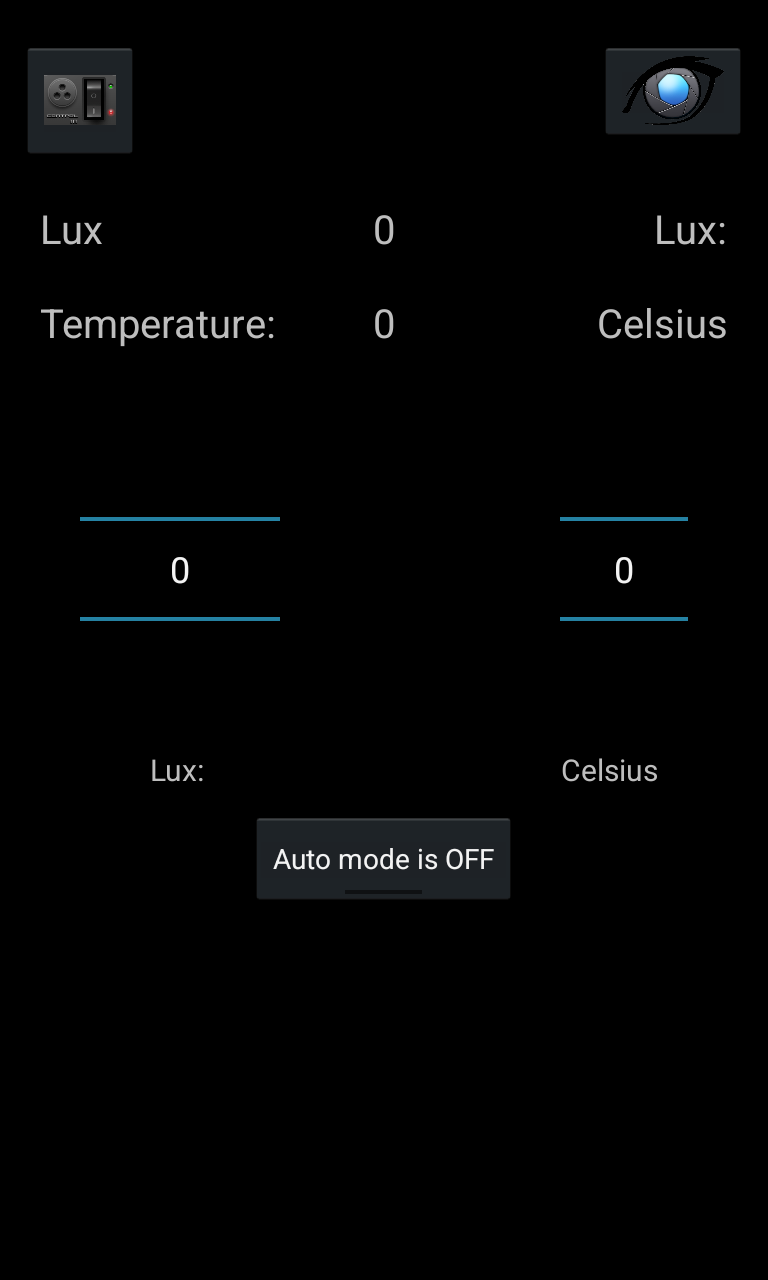
Repository: deanzaka/Shroom_IOIO_OpenCV
Layout: samples/IOIOSimpleApp/res/layout/main.xml
These files come from the project's save history. The layout is drawn as it stood at one moment and after the next save; the edit follows.
It is drawn on a 768 x 1280 px phone screen (xhdpi) without system bars, with theme android:Theme.Holo; the app's code is not run.

Above is the layout before, as saved 2014-06-04 09:53:45.

After the next save:
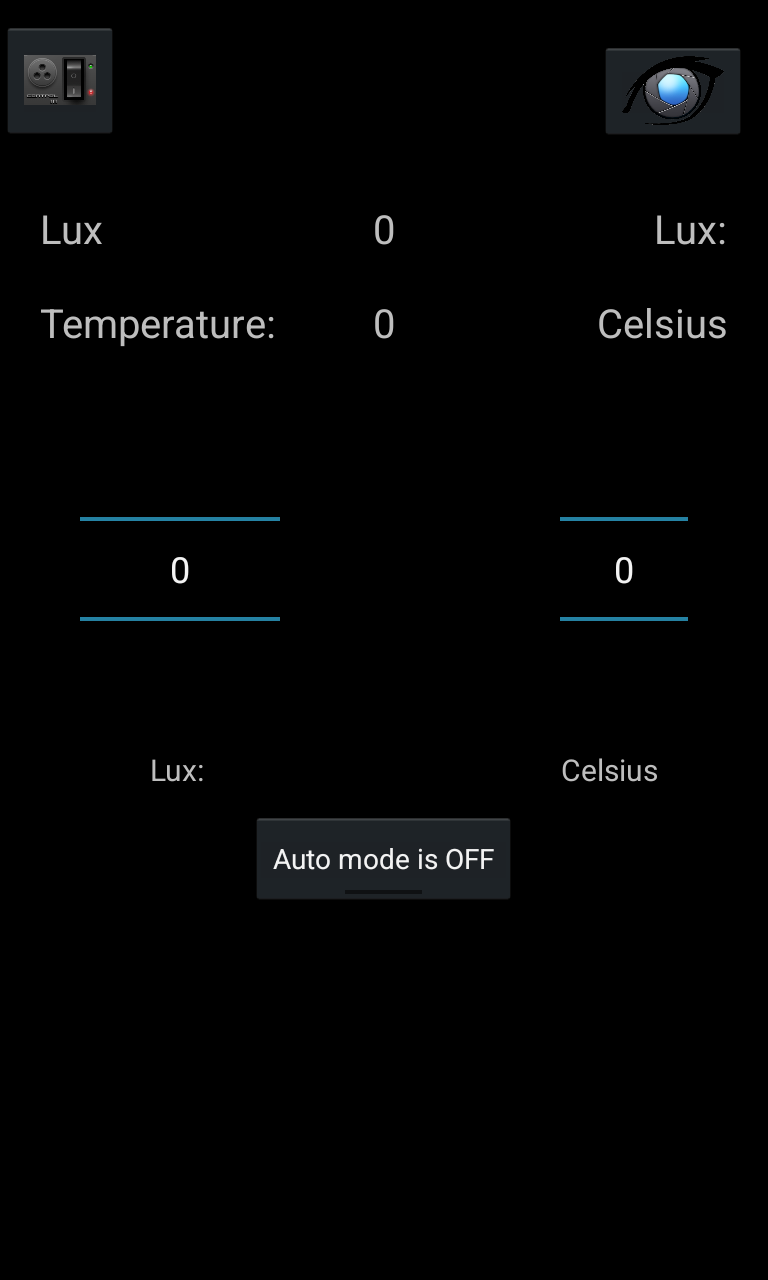
Saved 90 s later.
--- a/samples/IOIOSimpleApp/res/layout/main.xml
+++ b/samples/IOIOSimpleApp/res/layout/main.xml
@@ -30,8 +30,6 @@
 		    android:src="@drawable/panel"
 		    android:layout_height="60dp"
 		    android:layout_width="60dp"
-		    android:layout_marginTop="10dp"
-		    android:layout_marginLeft="10dp"
 		    android:scaleType="fitCenter"
 		    android:layout_alignParentLeft="true"
 		    android:onClick="menuAct"
